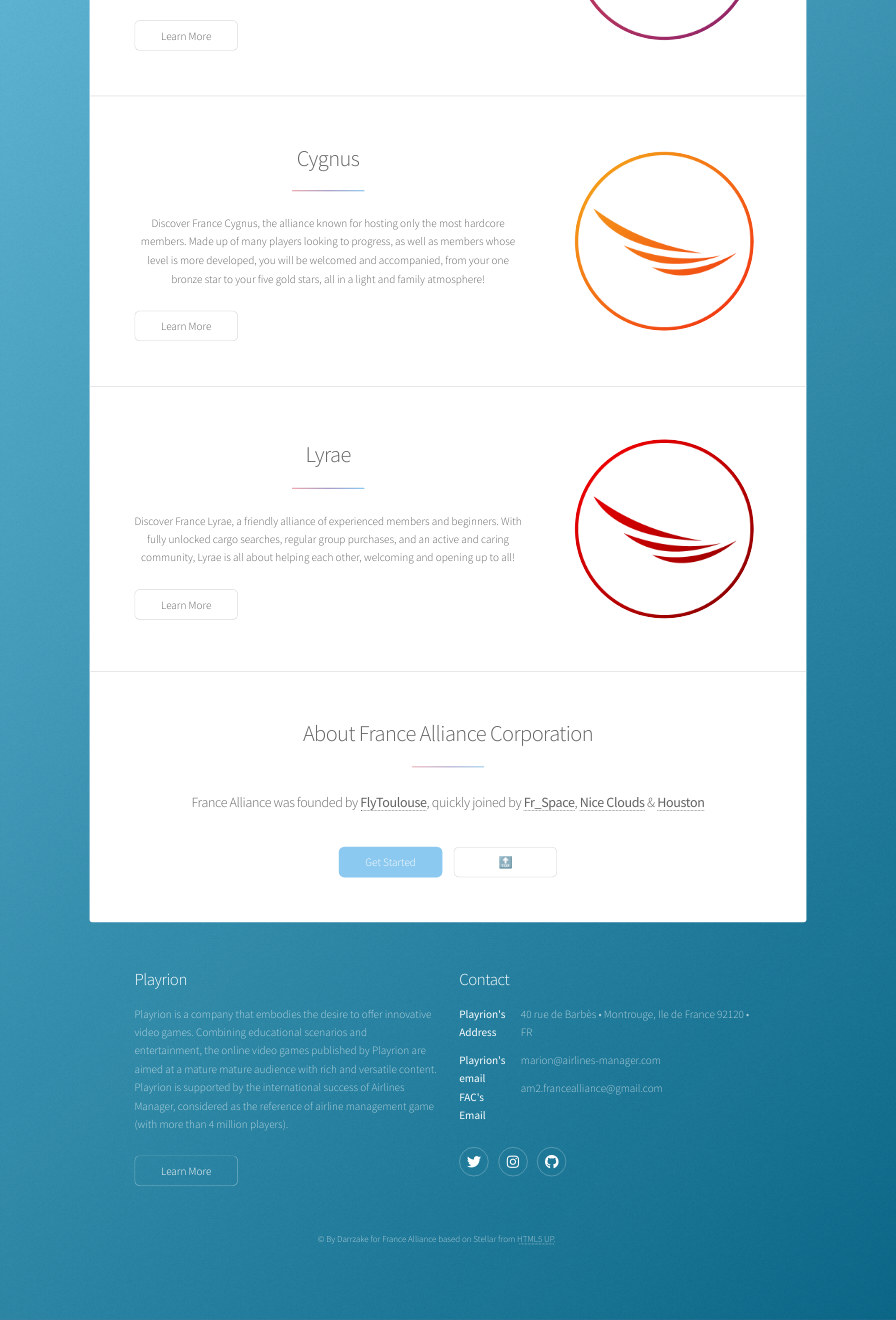
Repository: France-Alliance/France-Alliance.github.io
Page: index.html
The author's editor kept a copy of each file at every save. The page is drawn from the files as they stood at one save, then again after the next save.
The browser window is 1280 px wide. The pictures show the part of the page from y = 1651 to 3571 px (the page is 3537 px tall before and 3571 px after), at 70% of full size.

Above is the page before, as saved 2021-04-16 23:58:09.

After the next save:
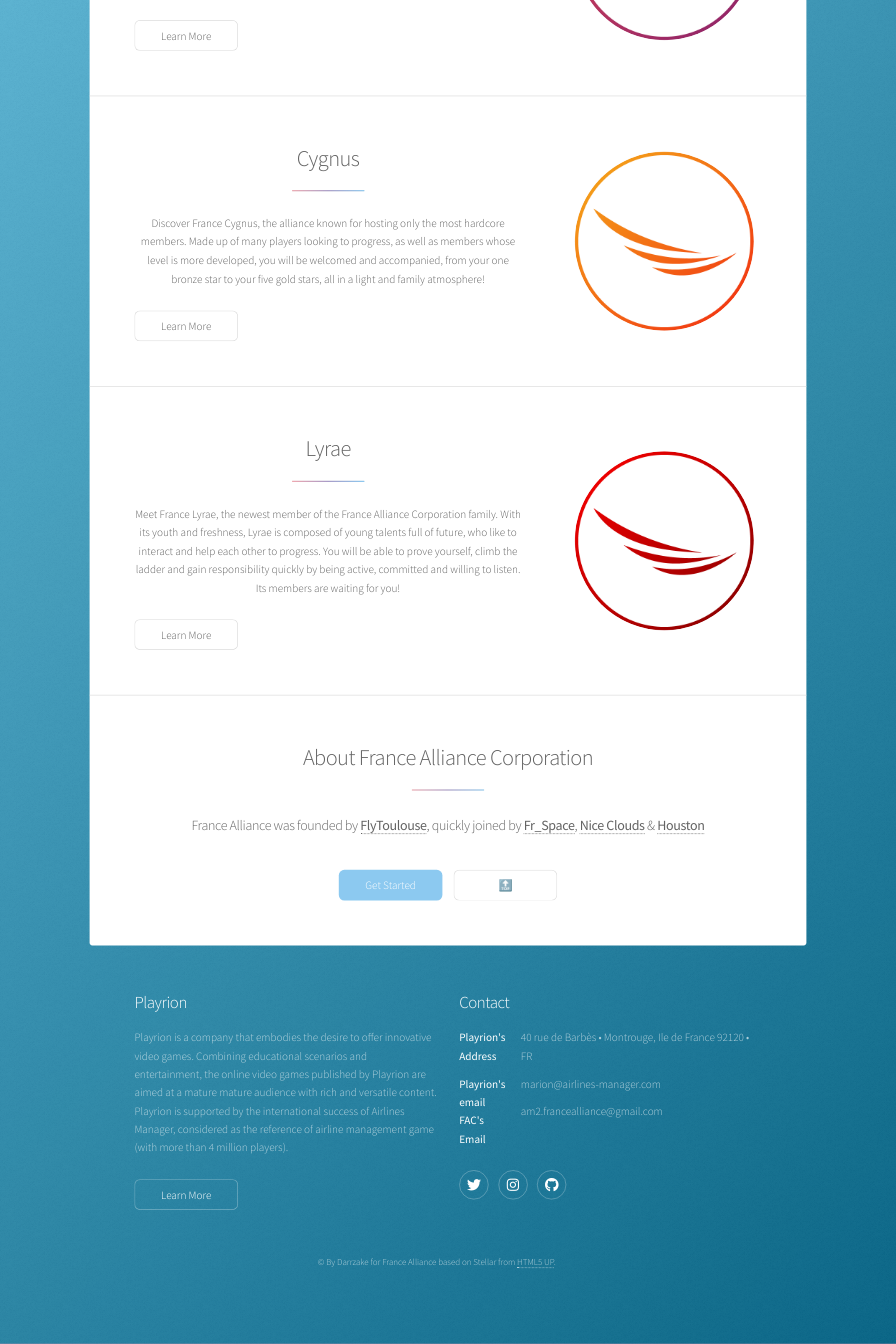
Saved 42 h 55 min later.
--- a/index.html
+++ b/index.html
@@ -202,9 +202,11 @@
 						<header class="major">
 							<h2>Lyrae</h2>
 						</header>
-						<p>Discover France Lyrae, a friendly alliance of experienced members and beginners. With fully
-							unlocked cargo searches, regular group purchases, and an active and caring community, Lyrae
-							is all about helping each other, welcoming and opening up to all!
+						<p>Meet France Lyrae, the newest member of the France Alliance Corporation family. With its
+							youth and freshness, Lyrae is composed of young talents full of future, who like to interact
+							and help each other to progress. You will be able to prove yourself, climb the ladder and
+							gain responsibility quickly by being active, committed and willing to listen. Its members
+							are waiting for you!
 						<ul class="actions">
 							<li><a href="https://www.airlines-manager.com/alliance/profile/93220" class="button">Learn
 									More</a></li>
